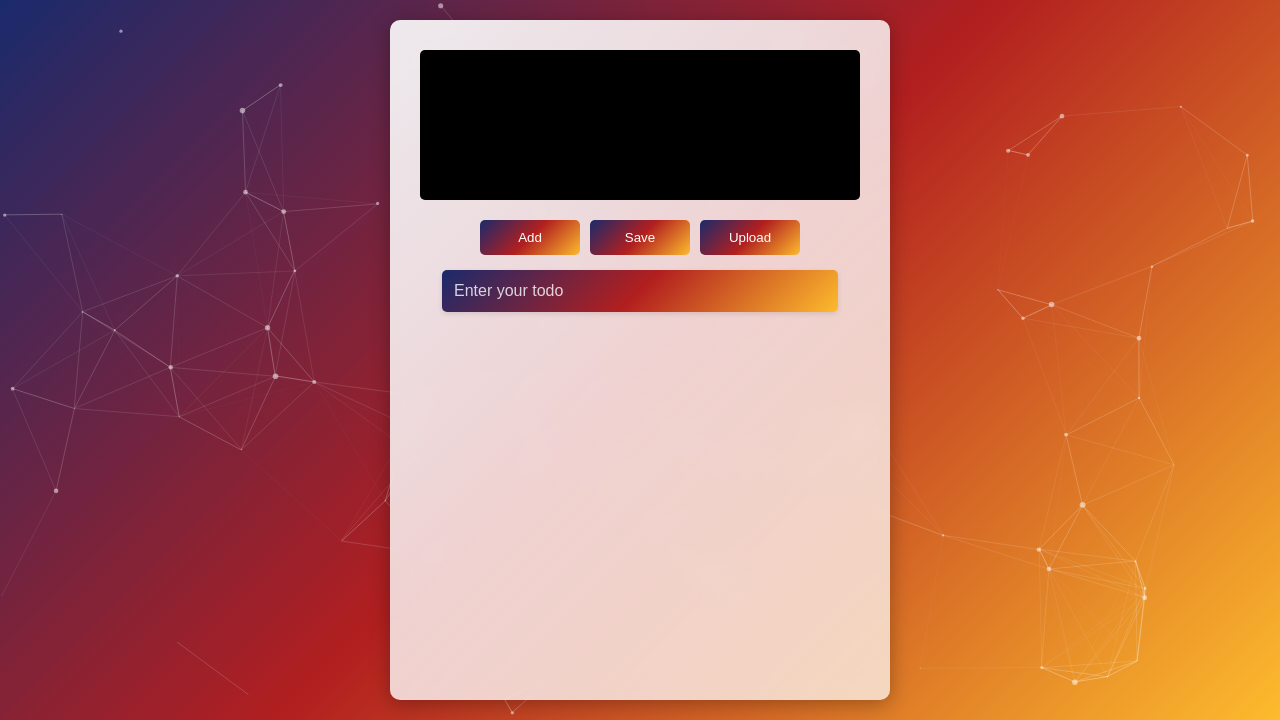
Repository: Teycir/todo-app
Page: index.html
These files come from the project's save history. The page is drawn as it stood at one moment and after the next save; the edit follows.
The browser window is 1280 px wide. The pictures show the whole page.

Above is the page before, as saved 2024-11-07 19:06:20.

After the next save:
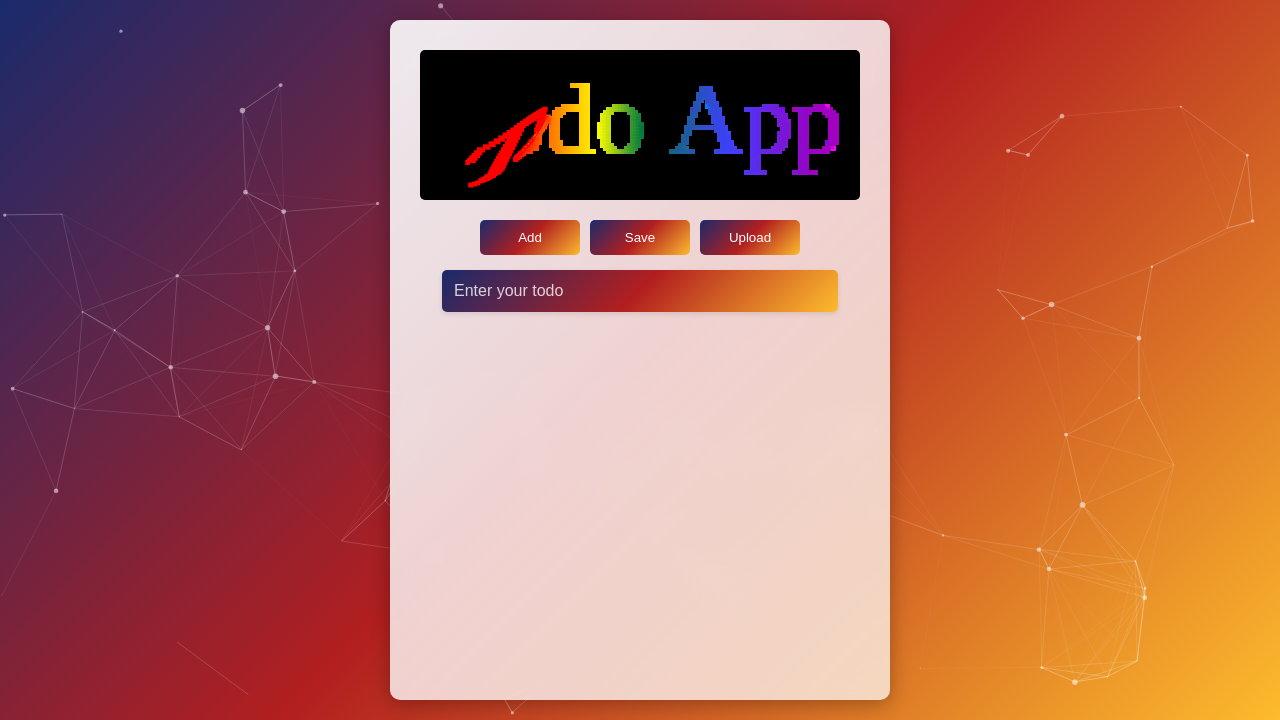
Saved 57 s later.
--- a/script.js
+++ b/script.js
@@ -1,3 +1,8 @@
+// Initialize title animation when the page loads
+window.addEventListener('load', function() {
+    initTitleAnimation();
+});
+
 // Todo app functionality
 const todoInput = document.getElementById('todoInput');
 const addTodoBtn = document.getElementById('addTodo');
@@ -214,9 +219,3 @@ particlesJS('particles-js', {
     },
     retina_detect: true
 });
-
-// Track mouse position for particle effect
-document.addEventListener('mousemove', (e) => {
-    window.pJSDom[0].pJS.interactivity.mouse.pos_x = e.clientX;
-    window.pJSDom[0].pJS.interactivity.mouse.pos_y = e.clientY;
-});
